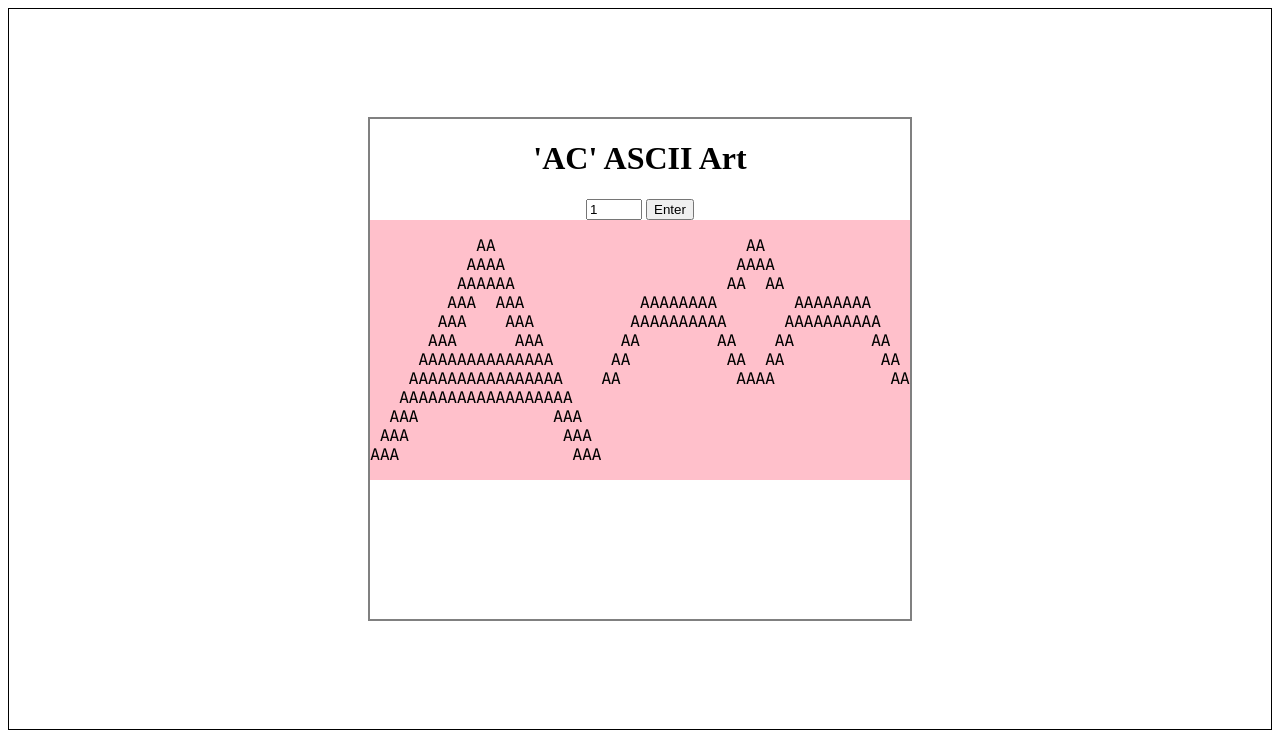
Repository: Achorn/ascii-art
Page: index.html
These files come from the project's save history. The page is drawn as it stood at one moment and after the next save; the edit follows.
The browser window is 1280 px wide. The pictures show the whole page.

Above is the page before, as saved 2021-08-09 18:02:11.

After the next save:
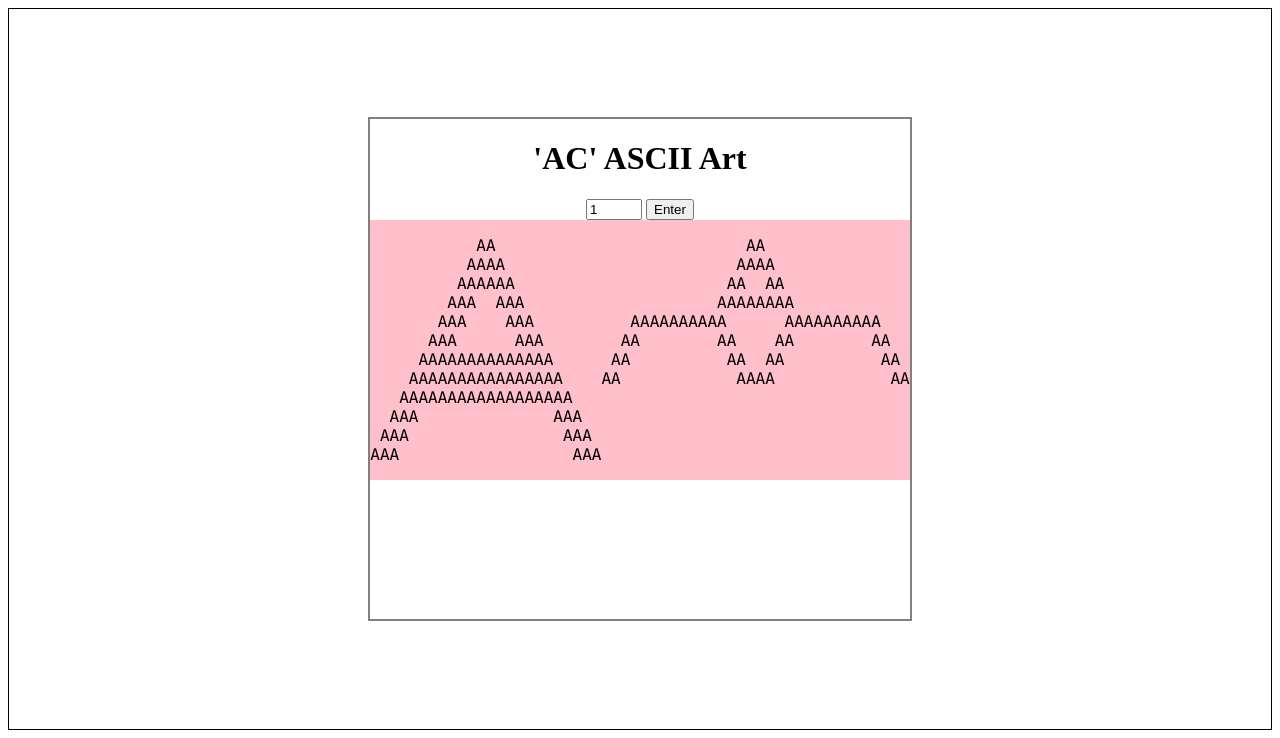
Saved 17 s later.
--- a/myscripts.js
+++ b/myscripts.js
@@ -9,24 +9,7 @@ let eight = [
   [" ", " ", " ", " ", " ", " ", " ", "A"],
   [" ", " ", " ", " ", " ", " ", "A", "A"],
   [" ", " ", " ", " ", " ", "A", "A", " "],
-  [
-    " ",
-    " ",
-    " ",
-    " ",
-    "A",
-    "A",
-    "A",
-    "A",
-    "A",
-    "A",
-    "A",
-    "A",
-    " ",
-    " ",
-    " ",
-    " ",
-  ],
+  [" ", " ", " ", " ", "A", "A", "A", "A"],
   [
     " ",
     " ",
